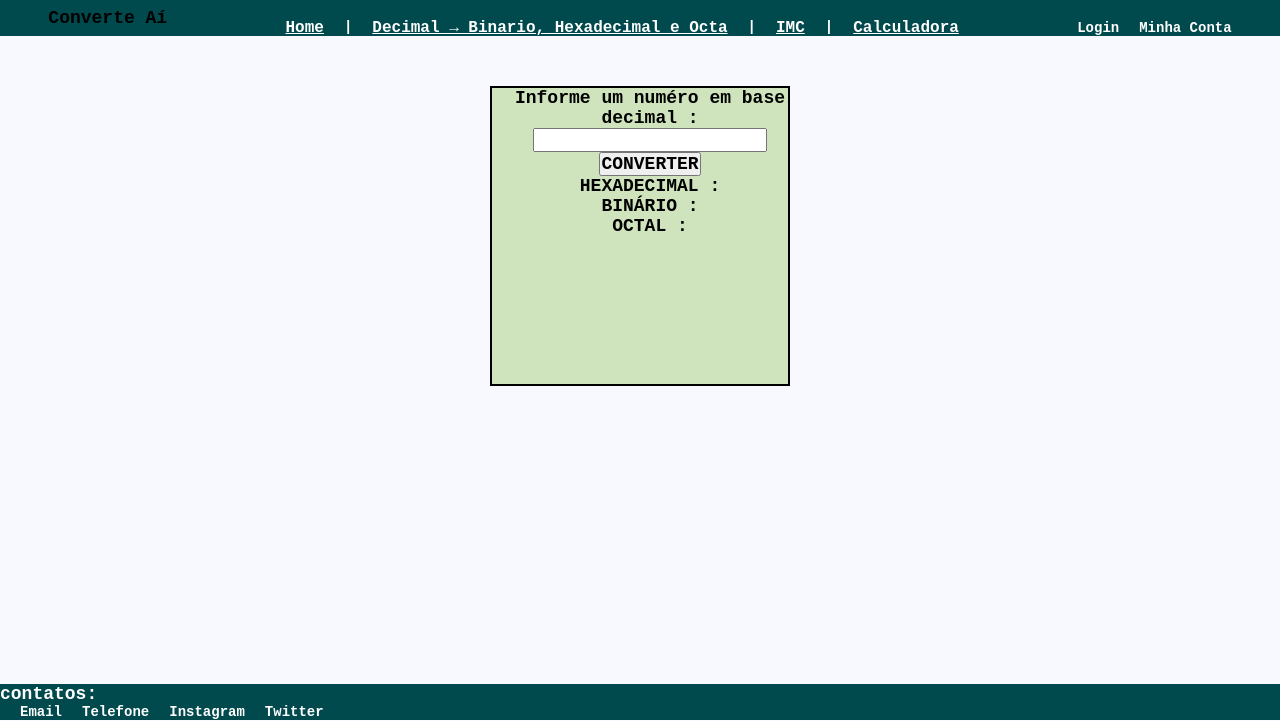
Repository: Frav1u/converteai
Page: ConverteAi/src/main/webapp/decimalParaBinario.html
An editor plug-in stored every save of this project. The page is shown before and after the next save, followed by the edit.
The browser window is 1280 px wide. The pictures show the whole page.
Some web fonts or font styles are not loaded; a fallback is used.

Above is the page before, as saved 2023-10-01 01:21:53.

After the next save:
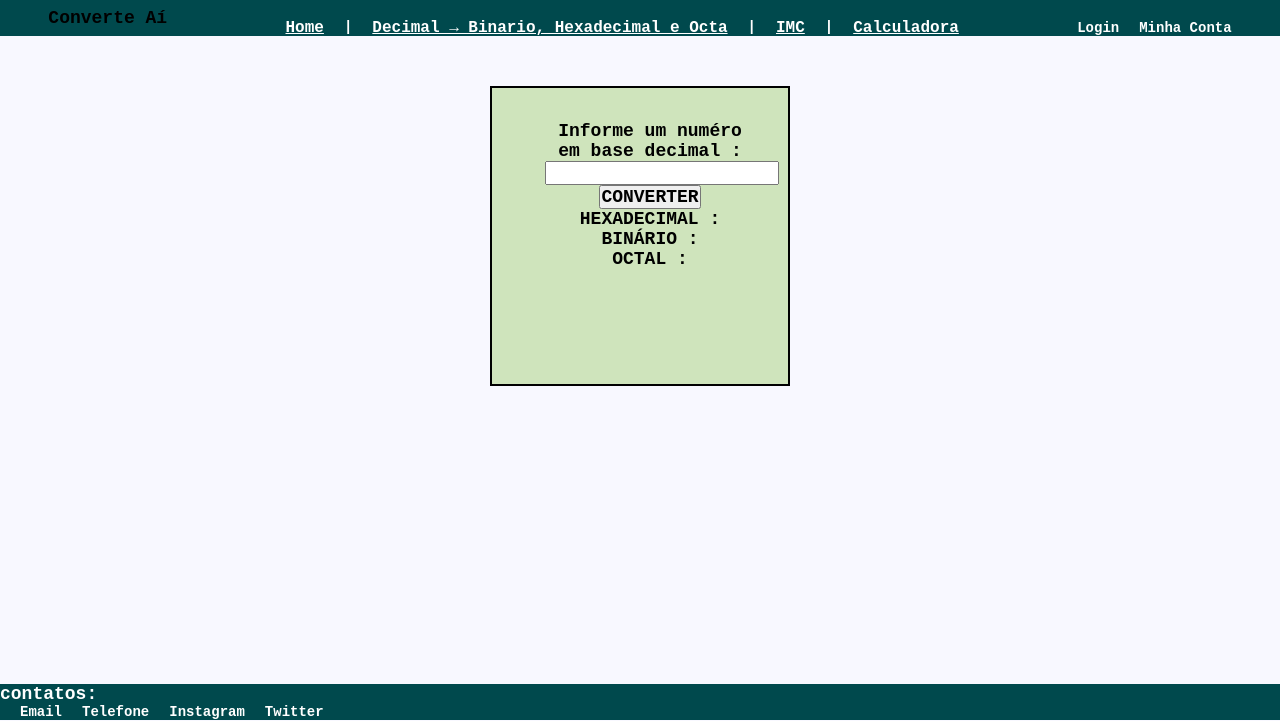
Saved 2 min 5 s later.
--- a/ConverteAi/src/main/webapp/descparabina.css
+++ b/ConverteAi/src/main/webapp/descparabina.css
@@ -107,5 +107,6 @@ conversorBase{
 
 .ulconversor{
 	list-style: none;
+	padding: 33px;
 
 }
